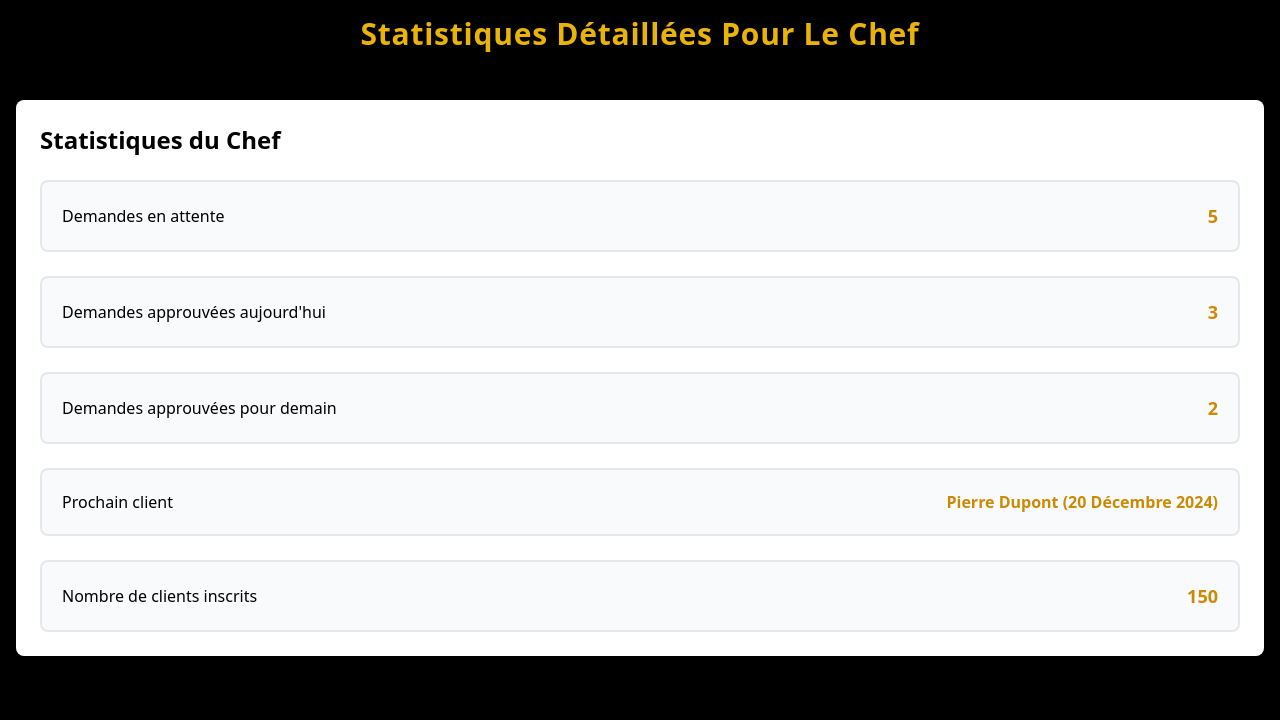
Repository: HamzaChehlaoui/Site-Web-pour-un-Chef-Cuisinier
Page: http://localhost/statistique.php
These files come from the project's save history. The page is drawn as it stood at one moment and after the next save; the edit follows.
The browser window is 1280 px wide. The pictures show the whole page.
Some web libraries are served in a nearby version. The page is run by PHP 8.4 with error messages shown; the project is at /var/www/html/.

Above is the page before, as saved 2024-12-18 13:03:44.

### statistique.php
<!DOCTYPE html>
<html lang="fr">

<head>
    <meta charset="UTF-8">
    <meta name="viewport" content="width=device-width, initial-scale=1.0">
    <title>Gestion des Réservations - Statistiques</title>
    <!-- Tailwind CSS CDN -->
    <script src="https://cdn.tailwindcss.com"></script>
    <style>
        /* Custom Slide-in animation */
        @keyframes slideIn {
            0% {
                transform: translateX(-100%);
                opacity: 0;
            }
            100% {
                transform: translateX(0);
                opacity: 1;
            }
        }

        /* Apply the animation to the cards */
        .slide-in {
            animation: slideIn 0.5s ease-out forwards;
        }
    </style>
</head>

<body class="bg-black text-white font-sans">

    <!-- Header -->
    <header class=" text-black py-4 text-center shadow-md">
        <h1 class="text-3xl font-extrabold tracking-wide text-yellow-500">Statistiques Détaillées Pour Le Chef</h1>
    </header>

    <!-- Main Content -->
    <main class="container mx-auto my-8 px-4">
        <div class="grid grid-cols-1 md:grid-cols-1 gap-8">

            <!-- Statistics Box -->
            <div class="bg-white shadow-lg rounded-lg p-6 slide-in">
                <h2 class="text-2xl font-semibold text-black mb-6">Statistiques du Chef</h2>
                <div class="space-y-6">

                    <!-- Pending Requests -->
                    <div class="flex justify-between items-center bg-gray-50 p-5 rounded-lg border-2 border-gray-200 hover:bg-yellow-50 transition">
                        <span class="text-black font-medium">Demandes en attente</span>
                        <span class="text-yellow-600 font-semibold text-lg">5</span>
                    </div>

                    <!-- Approved Today -->
                    <div class="flex justify-between items-center bg-gray-50 p-5 rounded-lg border-2 border-gray-200 hover:bg-yellow-50 transition">
                        <span class="text-black font-medium">Demandes approuvées aujourd'hui</span>
                        <span class="text-yellow-600 font-semibold text-lg">3</span>
                    </div>

                    <!-- Approved Tomorrow -->
                    <div class="flex justify-between items-center bg-gray-50 p-5 rounded-lg border-2 border-gray-200 hover:bg-yellow-50 transition">
                        <span class="text-black font-medium">Demandes approuvées pour demain</span>
                        <span class="text-yellow-600 font-semibold text-lg">2</span>
                    </div>

                    <!-- Next Client Details -->
                    <div class="flex justify-between items-center bg-gray-50 p-5 rounded-lg border-2 border-gray-200 hover:bg-yellow-50 transition">
                        <span class="text-black font-medium">Prochain client</span>
                        <span class="text-yellow-600 font-semibold">Pierre Dupont (20 Décembre 2024)</span>
                    </div>

                    <!-- Registered Clients -->
                    <div class="flex justify-between items-center bg-gray-50 p-5 rounded-lg border-2 border-gray-200 hover:bg-yellow-50 transition">
                        <span class="text-black font-medium">Nombre de clients inscrits</span>
                        <span class="text-yellow-600 font-semibold text-lg">150</span>
                    </div>
                </div>
            </div>

        </div>
    </main>

</body>

</html>

After the next save:
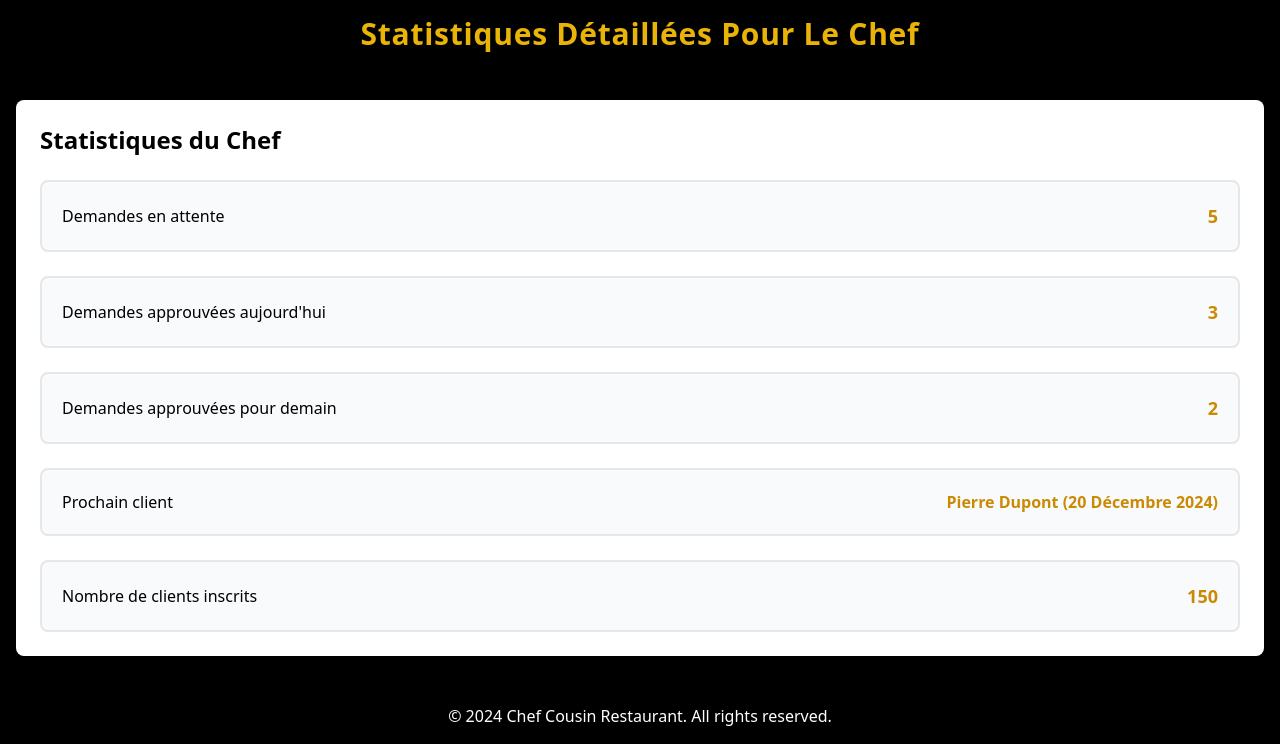
Saved 59 s later.
--- a/statistique.php
+++ b/statistique.php
@@ -77,7 +77,12 @@
 
         </div>
     </main>
-
+        <!-- Footer -->
+    <footer class="bg-black text-white py-4">
+        <div class="container mx-auto text-center">
+            <p>&copy; 2024 Chef Cousin Restaurant. All rights reserved.</p>
+        </div>
+    </footer>
 </body>
 
 </html>
